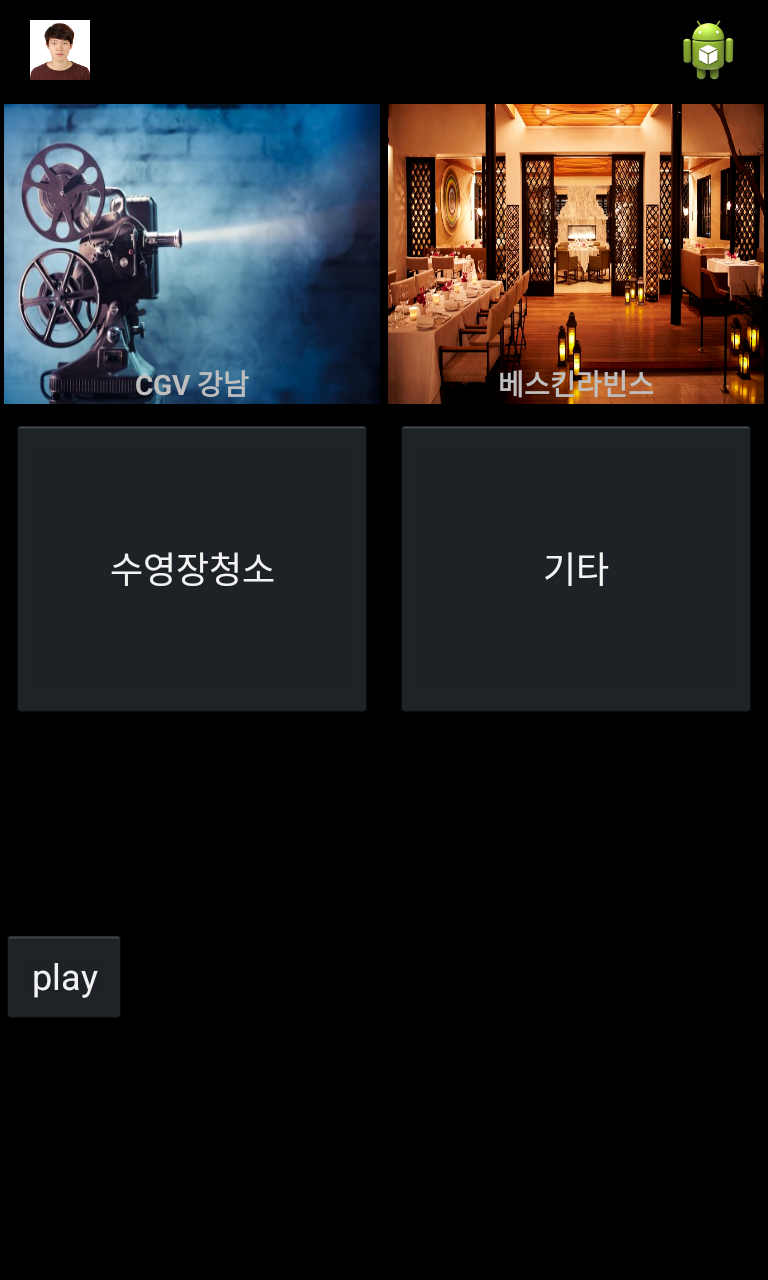
Repository: Minsu-Daniel-Kim/tipinboard1.0
Layout: TipinBoard1.0/res/layout/activity_main.xml
An editor plug-in stored every save of this project. The layout is shown before and after the next save, followed by the edit.
It is drawn on a 768 x 1280 px phone screen (xhdpi) without system bars, with theme android:Theme.Holo; the app's code is not run.

Above is the layout before, as saved 2013-04-15 14:14:52.

### TipinBoard1.0/res/layout/activity_main.xml
<?xml version="1.0" encoding="utf-8"?>
<LinearLayout xmlns:android="http://schemas.android.com/apk/res/android"
    android:layout_width="fill_parent"
    android:layout_height="fill_parent"
    android:orientation="vertical" >

    <RelativeLayout
        android:id="@+id/imageView1"
        android:layout_width="fill_parent"
        android:layout_height="50dp"
        android:orientation="horizontal" >

        <RelativeLayout
            android:id="@+id/imageView1"
            android:layout_width="fill_parent"
            android:layout_height="50dp"
            android:onClick="myPage"
            android:orientation="horizontal" >

            <ImageView
                android:id="@+id/iv_profile"
                android:layout_width="40dp"
                android:layout_height="40dp"
                android:layout_alignParentBottom="true"
                android:layout_alignParentLeft="true"
                android:layout_margin="10dp"
                android:onClick="myPage"
                android:src="@drawable/daniel" />

            <TextView
                android:id="@+id/tv_username"
                android:layout_width="wrap_content"
                android:layout_height="fill_parent"
                android:layout_toRightOf="@+id/iv_profile"
                android:gravity="center_vertical"
                android:onClick="myPage"
                android:textStyle="bold" />
        </RelativeLayout>

        <ImageView
            android:layout_width="40dp"
            android:layout_height="40dp"
            android:layout_alignParentBottom="true"
            android:layout_alignParentRight="true"
            android:layout_margin="10dp"
            android:src="@drawable/ic_launcher" />
    </RelativeLayout>

    <LinearLayout
        xmlns:android="http://schemas.android.com/apk/res/android"
        android:layout_width="fill_parent"
        android:layout_height="wrap_content"
        android:orientation="horizontal" >

        <RelativeLayout
            android:id="@+id/button1"
            android:layout_width="0dp"
            android:layout_height="150dp"
            android:layout_margin="2dp"
            android:layout_weight="1"
            android:background="@drawable/movie"
            android:onClick="detail" >

            <TextView
                android:id="@+id/textView1"
                android:layout_width="fill_parent"
                android:layout_height="wrap_content"
                android:layout_alignParentBottom="true"
                android:gravity="center_horizontal"
                android:text="CGV 강남"
                android:textStyle="bold" />
        </RelativeLayout>

        <RelativeLayout
            android:id="@+id/button1"
            android:layout_width="0dp"
            android:layout_height="150dp"
            android:layout_margin="2dp"
            android:layout_weight="1"
            android:background="@drawable/restaurant"
            android:onClick="detail" >

            <TextView
                android:id="@+id/textView1"
                android:layout_width="fill_parent"
                android:layout_height="wrap_content"
                android:layout_alignParentBottom="true"
                android:gravity="center_horizontal"
                android:text="베스킨라빈스"
                android:textStyle="bold" />
        </RelativeLayout>
    </LinearLayout>

    <LinearLayout
        xmlns:android="http://schemas.android.com/apk/res/android"
        android:layout_width="fill_parent"
        android:layout_height="wrap_content"
        android:orientation="horizontal" >

        <Button
            android:id="@+id/button1"
            android:layout_width="0dp"
            android:layout_height="150dp"
            android:layout_margin="5dp"
            android:layout_weight="1"
            android:text="수영장청소" />

        <Button
            android:id="@+id/button1"
            android:layout_width="0dp"
            android:layout_height="150dp"
            android:layout_margin="5dp"
            android:layout_weight="1"
            android:text="기타" />
    </LinearLayout>

    <FrameLayout
        android:id="@+id/videoLayout"
        android:layout_width="120dp"
        android:layout_height="100dp" />

    <Button
        android:id="@+id/button2"
        android:layout_width="wrap_content"
        android:layout_height="wrap_content"
        android:onClick="play"
        android:text="play" />

</LinearLayout>

After the next save:
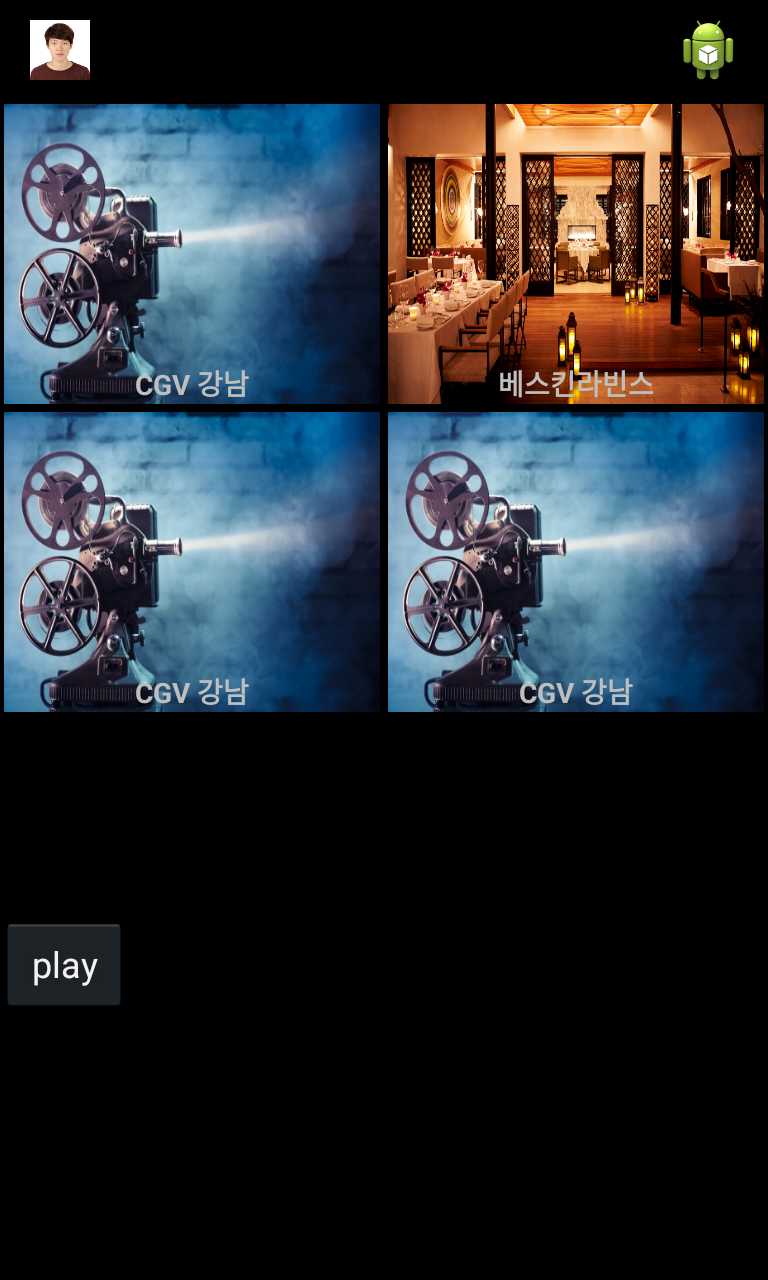
Saved 13 s later.
--- a/TipinBoard1.0/res/layout/activity_main.xml
+++ b/TipinBoard1.0/res/layout/activity_main.xml
@@ -97,21 +97,43 @@
         android:layout_height="wrap_content"
         android:orientation="horizontal" >
 
-        <Button
+        <RelativeLayout
             android:id="@+id/button1"
             android:layout_width="0dp"
             android:layout_height="150dp"
-            android:layout_margin="5dp"
+            android:layout_margin="2dp"
             android:layout_weight="1"
-            android:text="수영장청소" />
+            android:background="@drawable/movie"
+            android:onClick="detail" >
 
-        <Button
+            <TextView
+                android:id="@+id/textView1"
+                android:layout_width="fill_parent"
+                android:layout_height="wrap_content"
+                android:layout_alignParentBottom="true"
+                android:gravity="center_horizontal"
+                android:text="CGV 강남"
+                android:textStyle="bold" />
+        </RelativeLayout>
+
+        <RelativeLayout
             android:id="@+id/button1"
             android:layout_width="0dp"
             android:layout_height="150dp"
-            android:layout_margin="5dp"
+            android:layout_margin="2dp"
             android:layout_weight="1"
-            android:text="기타" />
+            android:background="@drawable/movie"
+            android:onClick="detail" >
+
+            <TextView
+                android:id="@+id/textView1"
+                android:layout_width="fill_parent"
+                android:layout_height="wrap_content"
+                android:layout_alignParentBottom="true"
+                android:gravity="center_horizontal"
+                android:text="CGV 강남"
+                android:textStyle="bold" />
+        </RelativeLayout>
     </LinearLayout>
 
     <FrameLayout
